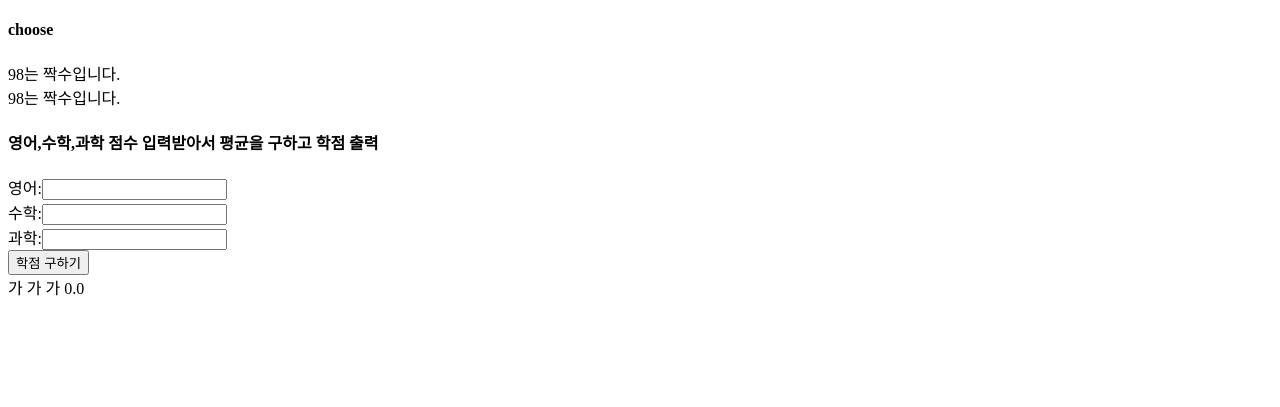
Repository: parkho96/testnum2
Page: http://localhost/jspstudy/11JSTL/Choose.jsp
An editor plug-in stored every save of this project. The page is shown before and after the next save, followed by the edit.
The browser window is 1280 px wide. The pictures show the whole page.
The page is served by Tomcat 9.

Above is the page before, as saved 2023-04-10 02:57:47.

After the next save:
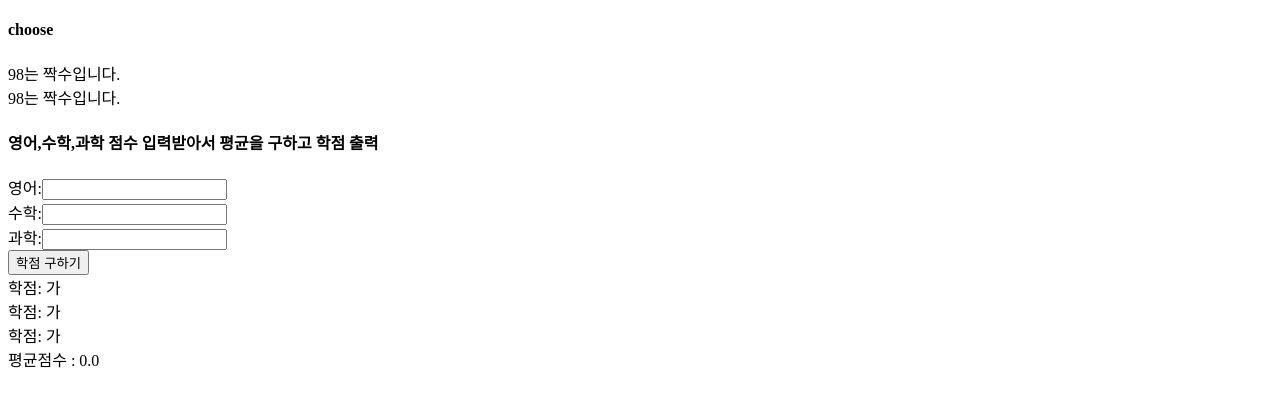
Saved 119 s later.
--- a/workjsp/jspstudy/src/main/webapp/11JSTL/Choose.jsp
+++ b/workjsp/jspstudy/src/main/webapp/11JSTL/Choose.jsp
@@ -42,6 +42,7 @@
 	<!-- 90이상 수, 80이상 우, 70이상 미, 60이상 양, 나머지 가 -->
 	<!-- 평균점수 : ??? / 학점 : ?? -->
 
+	학점:
 	<c:choose>
 		<c:when test="${param.eng > 90}">수</c:when>
 		<c:when test="${param.eng > 80}">우</c:when>
@@ -49,7 +50,8 @@
 		<c:when test="${param.eng > 60}">양</c:when>
 		<c:otherwise>가</c:otherwise>
 	</c:choose>
-
+	<br>
+	학점:
 	<c:choose>
 		<c:when test="${param.math > 90}">수</c:when>
 		<c:when test="${param.math > 80}">우</c:when>
@@ -57,7 +59,8 @@
 		<c:when test="${param.math > 60}">양</c:when>
 		<c:otherwise>가</c:otherwise>
 	</c:choose>
-
+	<br>
+	학점:
 	<c:choose>
 		<c:when test="${param.esc > 90}">수</c:when>
 		<c:when test="${param.esc > 80}">우</c:when>
@@ -66,7 +69,8 @@
 		<c:otherwise>가</c:otherwise>
 	</c:choose>
 
-	${(param.eng+param.math+param.esc)/3}
+	<br>
+	평균점수 : ${(param.eng+param.math+param.esc)/3}
 
 
 </body>
